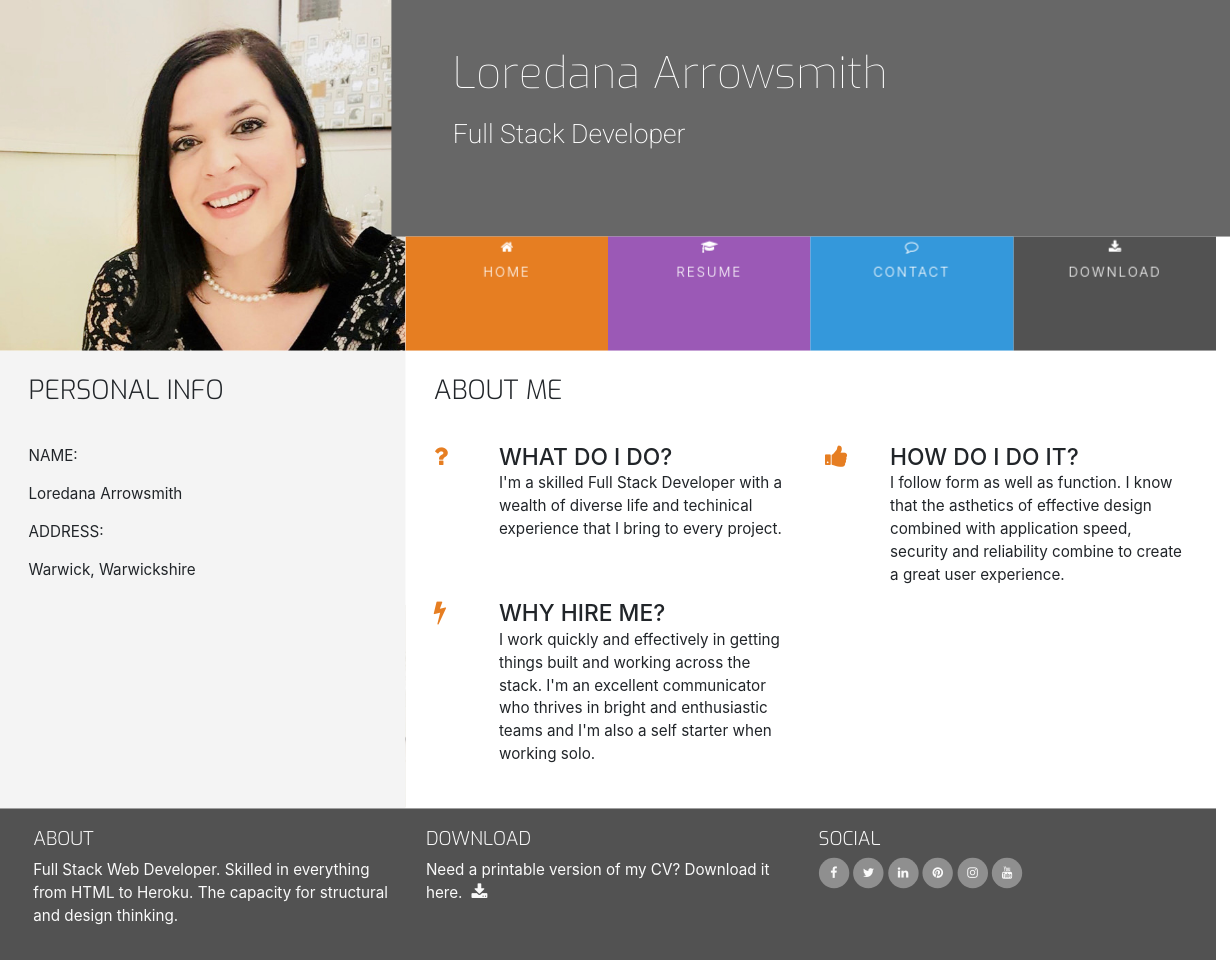
Repository: lolalongo11/Loredana-Resume
Page: index.html
The author's editor kept a record of every edit. The page is drawn from the files as they stood at one moment, then again after the next edit.
The browser window is 1280 px wide. The page is 1295 px wide, so the pictures cover 1295 px, including what lies to the right of the window. The pictures show the whole page, at 95% of full size.

Above is the page before.

### index.html
<!DOCTYPE html>
<html lang="en">

<head>
    <meta charset="UTF-8">
    <meta name="viewport" content="width=device-width, initial-scale=1.0">
    <meta http-equiv="X-UA-Compatible" content="ie=edge">
    <link rel="stylesheet" href="https://stackpath.bootstrapcdn.com/bootstrap/4.3.1/css/bootstrap.min.css" type="text/css" />
    <link rel="stylesheet" href="https://stackpath.bootstrapcdn.com/font-awesome/4.7.0/css/font-awesome.min.css" type="text/css" />
    <link rel="stylesheet" href="https://cdnjs.cloudflare.com/ajax/libs/hover.css/2.3.1/css/hover-min.css" type="text/css" />
    <link rel="stylesheet" href="assets/css/style.css" type="text/css" />
    <title>Loredana</title>
</head>

<body>
    <header>
        <div class="row no-gutters">
            <a href="index.html" class="col-md-4 logo">
                </a>

            <div class="col-md-8 no-gutters">
                <div class="row bg-color-name-title">
                    <div class="col heading">
                        <h1 class="name">Loredana Arrowsmith</h1>
                        <h2 class="title">Full Stack Developer</h2>
                    </div>
                </div>
                <div class="col no-gutters">
                    <ul id="nav" class="list-inline menucontainer">
                        <li class="col-6 col-sm-3 ui-menu-color-home list-inline-item menuitem">
                            <a href="#" class="hvr-sweep-to-bottom"><i class="fa fa-home" aria-hidden="true"></i><span>Home</span></a>
                        </li>
                        <li class="col-6 col-sm-3 ui-menu-color-resume list-inline-item menuitem">
                            <a href="#" class="hvr-sweep-to-bottom"><i class="fa fa-graduation-cap" aria-hidden="true"></i><span>Resume</span></a>
                        </li>
                        <li class="col-6 col-sm-3 ui-menu-color-contact list-inline-item menuitem">
                            <a href="#" class="hvr-sweep-to-bottom"><i class="fa fa-comment-o" aria-hidden="true"></i><span>Contact</span></a>
                        </li>
                        <li class="col-6 col-sm-3 ui-menu-color-download list-inline-item menuitem">
                            <a href="#" class="hvr-sweep-to-bottom"><i class="fa fa-download" aria-hidden="true"></i><span>Download</span></a>
                        </li>
                    </ul>
                </div>
            </div>
        </div>

    </header>
    <section class="container-fluid">
        <div class="row">
            <div class="col-md-4 bg-color-personal-info section-column">
                <div class="row">
                    <div class="col-12">
                        <h3 class="section-heading uppercase">
                            Personal Info
                        </h3>
                    </div>
                </div>
                <div class="personal-info-item">
                    <div class="key">
                        <p class="uppercase">
                            Name:
                        </p>
                    </div>
                    <div class="value">
                        <p>
                            Loredana Arrowsmith
                        </p>
                    </div>
                </div>
                <div class="personal-info-item">
                    <div class="key">
                        <p class="uppercase">
                            Address:
                        </p>
                    </div>
                    <div class="value">
                        <p>
                            Warwick, Warwickshire
                        </p>
                    </div>

                </div>
            </div>
            <div class="col-md-8 bg-color-three-reasons section-column">
                <div class="row">
                    <div class="col">
                        <h3 class="section-heading uppercase">About Me</h3>
                    </div>
                </div>
                <div class="row">
                    <div class="col-10 offset-1 offset-sm-0 col-sm-4 col-md-6">
                        <div class="row">
                            <div class="col-2">
                                <i class="three-reasons-icon fa fa-question" aria-hidden="true"></i>
                            </div>
                            <div class="col-10">
                                <h4 class="three-reasons-heading uppercase">What do I do?</h4>
                                <p>
                                    I'm a skilled Full Stack Developer with a wealth of diverse life and techinical experience that I bring to every project.
                                </p>
                            </div>
                        </div>
                    </div>
                    <div class="col-10 offset-1 offset-sm-0 col-sm-4 col-md-6">
                        <div class="row">
                            <div class="col-2">
                                <i class="three-reasons-icon fa fa-thumbs-up" aria-hidden="true"></i>
                            </div>
                            <div class="col-10">
                                <h4 class="three-reasons-heading uppercase">How do I do it?</h4>
                                <p>
                                    I follow form as well as function. I know that the asthetics of effective design combined with application speed, security and reliability combine to create a great user experience.
                                </p>
                            </div>
                        </div>
                    </div>
                    <div class="col-10 offset-1 offset-sm-0 col-sm-4 col-md-6">
                        <div class="row">
                            <div class="col-2">
                                <i class="three-reasons-icon fa fa-bolt" aria-hidden="true"></i>
                            </div>
                            <div class="col-10">
                                <h4 class="three-reasons-heading uppercase">Why hire me?</h4>
                                <p>
                                    I work quickly and effectively in getting things built and working across the stack. I'm an excellent communicator who thrives in bright and enthusiastic teams and I'm also a self starter when working solo.
                                </p>
                            </div>
                        </div>
                    </div>
                </div>
            </div>
        </div>
    </section>
    <footer class="container-fluid">
        <div id="footer-details" class="row">
            <div class="col-sm-4">
                <h5 class="uppercase general-sub">About</h5>
                <p class="inline-block">
                    Full Stack Web Developer. Skilled in everything from HTML to Heroku. The capacity for structural and design thinking.
                </p>
            </div>
            <div class="col-sm-4">
                <h5 class="uppercase general-sub">Download</h5>
                <p class="inline-block">
                    Need a printable version of my CV? Download it here.
                    <a href="#" target="_blank" class="cv-pdf">
                        <i class="fa fa-download" aria-hidden="true"></i>
                        <span class="sr-only">Download link.</span>
                    </a>
                </p>
            </div>
            <div class="col-sm-4">
                <h5 class="uppercase general-sub">Social</h5>
                <ul class="list-inline social-links">
                    <li class="list-inline-item">
                        <a target="_blank" href="#">
                            <i class="fa fa-facebook" aria-hidden="true"></i>
                            <span class="sr-only">Facebook</span>
                        </a>
                    </li>
                    <li class="list-inline-item">
                        <a target="_blank" href="#">
                            <i class="fa fa-twitter" aria-hidden="true"></i>
                            <span class="sr-only">Twitter</span>
                        </a>
                    </li>
                    <li class="list-inline-item">
                        <a target="_blank" href="#">
                            <i class="fa fa-linkedin" aria-hidden="true"></i>
                            <span class="sr-only">LinkedIn</span>
                        </a>
                    </li>
                    <li class="list-inline-item">
                        <a target="_blank" href="#">
                            <i class="fa fa-pinterest" aria-hidden="true"></i>
                            <span class="sr-only">pinterest</span>
                        </a>
                    </li>
                    <li class="list-inline-item">
                        <a target="_blank" href="#">
                            <i class="fa fa-instagram" aria-hidden="true"></i>
                            <span class="sr-only">Instagram</span>
                        </a>
                    </li>
                    <li class="list-inline-item">
                        <a target="_blank" href="#">
                            <i class="fa fa-youtube" aria-hidden="true"></i>
                            <span class="sr-only">You Tube</span>
                        </a>

                    </li>

                </ul>
            </div>
        </div>

    </footer>
</body>

</html>

### assets/css/style.css
@import url('https://fonts.googleapis.com/css?family=Roboto:100,200,300,400,500,600,700|Exo:100,200,300,400,500,600,700');

/* ----------------------------------------------------Colours */

.bg-color-name-title {
    background-color: #676767;
}

.bg-color-three-reasons {
    background-color: #fff;

}

.bg-color-personal-info {
    background-color: #f4f4f4;
}

.ui-menu-color-home {
    background-color: #e67e22;
}

.ui-menu-color-resume {
    background-color: #9b59b6;
}

.ui-menu-color-contact {
    background-color: #3498db;
}

.ui-menu-color-download {
    background-color: #525252;
}

/* ----------------------------------------------------Special margins/padding/text */

h1,
h2,
h3,
h4 {
    margin: 0;
}

.uppercase {
    text-transform: uppercase;
}

.general-sub {
    font-family: "Exo", sans-serif;
    font-weight: 300;
    color: #fafafa;
}

.inline-block {
    display: inline-block;
}

.row-table {
    display: table;
}


.section-column {
    display: table-cell;
    padding: 0 30px 30px;
    float: none;
}

.section-heading {
    font-family: "Exo"; sans-serif;
    font-weight: 300;
    margin-top: 25px;
    margin-bottom: 40px;
}



/* ----------------------------------------------------Heading */

.header {
    margin: 0;
}

.heading {
    margin-left: 50px;
}

.logo {
    background: url("../images/loredana.jpg");
    background-position: center;
    background-repeat: no-repeat;
    background-size: cover;
    min-height: 360px;
    transition: all .5s ease-in-out;
    -moz-transition: all .5s ease-in-out;
    -webkit-transition: all .5s ease-in-out;
}

.name {
    font-family: "Exo", sans-serif;
    font-weight: 100;
    font-size: 46px;
    margin-top: 50px;
    color: #fff;
}

.title {
    font-family: "Roboto", sans-serif;
    font-weight: 200;
    font-size: 28px;
    margin-top: 20px;
    margin-bottom: 90px;
    color: #fff;

}

.list-inline-item:not(:last-child) {
    margin: 0;
}

.menucontainer {
    font-size: 0;
}

#nav li {
    font-size: 14px;
    padding: 0;
}

#nav {
    margin: 0px;
}

.menuitem {
    height: 120px;
    text-align: center;
    padding: 0;
}

.menuitem a {
    width: 100%;
    text-decoration: none;
    color: #fff;
    height: 120px;
}

.menu a i {
    padding-top: 22px;
    display: block;
    color: #fafafa;
    font-size: 26px;
}

.menuitem span {
    display: block;
    width: 100%;
    padding-top: 5px;
    text-align: center;
    text-transform: uppercase;
    font-size: 14px;
    font-weight: 300;
    letter-spacing: 2px;
}

/* ----------------------------------------------------Hover.css */

.hvr-sweep-to-bottom:before {
    background: rgba(0, 0, 0, 0.2);
    height: 120px;
}

/* ----------------------------------------------------Footer */

footer {
    background-color: #525252;
    color: #fafafa;
    min-height: 120px;
    margin: 0;
}

.cv-pdf i {
    font-size: 18px;
    color: #fafafa;
    text-align: center;
    padding-left: 5px;
    transition: all 0.35s ease-in-out;
    -moz-transition: all 0.35s ease-in-out;
    -webkit-transition: all 0.35s ease-in-out;
    -o-transition: all 0.35s ease-in-out;
}

.cv-pdf i:hover {
    color: #e84610;
}

.social-links {
    padding-bottom: 15px;
}

.social-links li a i {
    width: 32px;
    height: 32px;
    padding: 12px 0;
    border-radius: 50%;
    font-size: 13px;
    line-height: 7px;
    text-align: center;
    color: #fafafa;
    background-color: #8f8f8f;
    transition: all 0.35s ease-in-out;
    -moz-transition: all 0.35s ease-in-out;
    -webkit-transition: all 0.35s ease-in-out;
    -o-transition: all 0.35s ease-in-out;
}

.social-links li a i:hover {
    background: #e84610;
}

#footer-details{
    padding: 20px;
}

/* ----------------------------------------------------Three reasons */

.three-reasons-icon {
    font-size: 26px;
    color: #e67e22;
}

.three-resons-heading {
    margin-bottom: 15px
}

/* ----------------------------------------------------Personal info */

.personal-item-info {
    margin-bottom: 20px;
    display: block;
    clear: both;
}

.personal-item-info .key,
.personal-item-info .value {
.padding-right: 8px;
display: inline-block;
}

.personal-item-info .key,
.personal-item-info .value {
    margin: 0;
}

After the next edit:
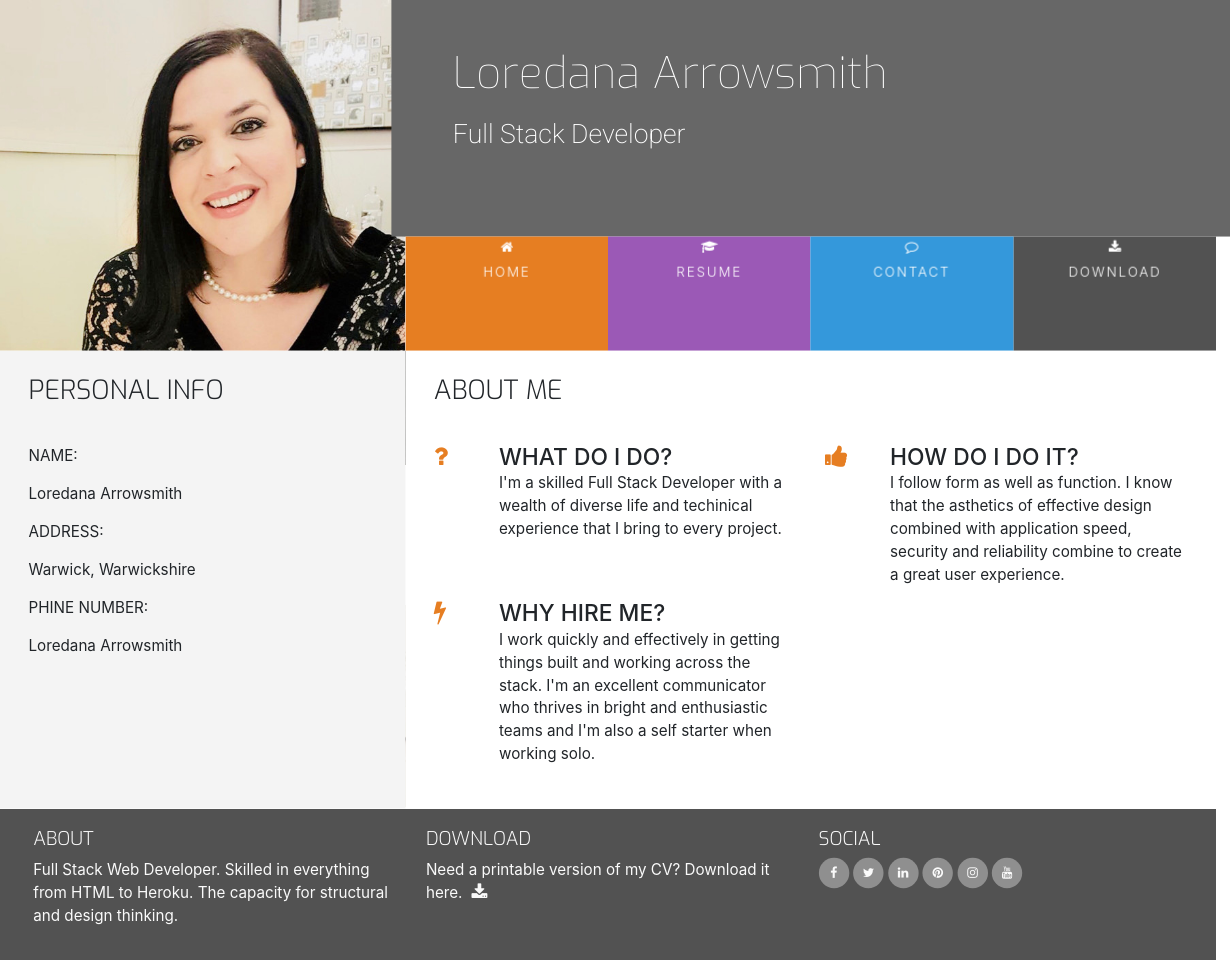
The edit:
--- a/index.html
+++ b/index.html
@@ -78,6 +78,18 @@
                             Warwick, Warwickshire
                         </p>
                     </div>
+                </div>
+                 <div class="personal-info-item">
+                    <div class="key">
+                        <p class="uppercase">
+                            Phine Number:
+                        </p>
+                    </div>
+                    <div class="value">
+                        <p>
+                            Loredana Arrowsmith
+                        </p>
+                    </div>
 
                 </div>
             </div>
